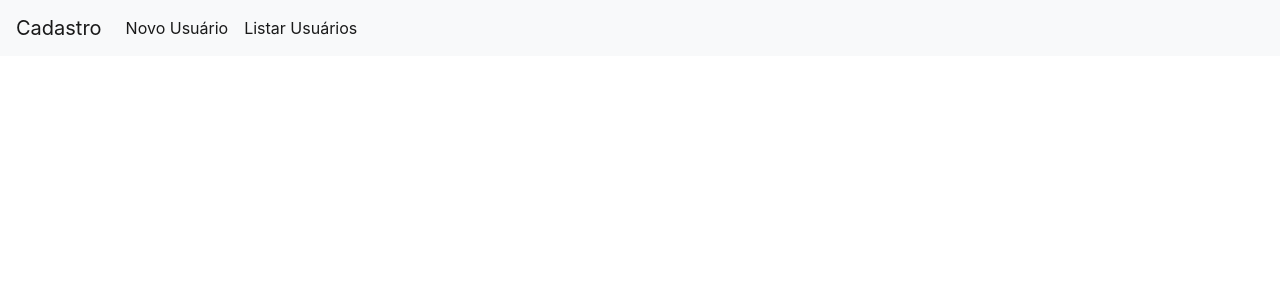
Repository: stefanosousaa/crud-php
Page: http://localhost/?page=novo
These files come from the project's save history. The page is drawn as it stood at one moment and after the next save; the edit follows.
The browser window is 1280 px wide. The pictures show the whole page.
The page is run by PHP 8.4 with error messages shown; the project is at /var/www/html/.

Above is the page before, as saved 2023-05-24 18:58:32.

### index.php
<!DOCTYPE html>
<html lang="pt-br">
  <head>
    <!-- Meta tags Obrigatórias -->
    <meta charset="utf-8">
    <meta name="viewport" content="width=device-width, initial-scale=1, shrink-to-fit=no">

    <!-- Bootstrap CSS -->
    <link rel="stylesheet" href="https://stackpath.bootstrapcdn.com/bootstrap/4.1.3/css/bootstrap.min.css" integrity="sha384-MCw98/SFnGE8fJT3GXwEOngsV7Zt27NXFoaoApmYm81iuXoPkFOJwJ8ERdknLPMO" crossorigin="anonymous">

    <title>Olá, mundo!</title>
  </head>
  <body>
  <nav class="navbar navbar-expand-lg navbar-light bg-light">
  <a class="navbar-brand" href="#">Cadastro</a>
  <button class="navbar-toggler" type="button" data-toggle="collapse" data-target="#navbarNav" aria-controls="navbarNav" aria-expanded="false" aria-label="Alterna navegação">
    <span class="navbar-toggler-icon"></span>
  </button>
  <div class="collapse navbar-collapse" id="navbarNav">
    <ul class="navbar-nav">
      <li class="nav-item active">
        <a class="nav-link" href="#">Novo Usuário </a>
      </li>
      <li class="nav-item active">
        <a class="nav-link" href="#">Listar Usuários</a>
      </li>

    </ul>
  </div>
</nav>









    <!-- JavaScript (Opcional) -->
    <!-- jQuery primeiro, depois Popper.js, depois Bootstrap JS -->
    <script src="https://code.jquery.com/jquery-3.3.1.slim.min.js" integrity="sha384-q8i/X+965DzO0rT7abK41JStQIAqVgRVzpbzo5smXKp4YfRvH+8abtTE1Pi6jizo" crossorigin="anonymous"></script>
    <script src="https://cdnjs.cloudflare.com/ajax/libs/popper.js/1.14.3/umd/popper.min.js" integrity="sha384-ZMP7rVo3mIykV+2+9J3UJ46jBk0WLaUAdn689aCwoqbBJiSnjAK/l8WvCWPIPm49" crossorigin="anonymous"></script>
    <script src="https://stackpath.bootstrapcdn.com/bootstrap/4.1.3/js/bootstrap.min.js" integrity="sha384-ChfqqxuZUCnJSK3+MXmPNIyE6ZbWh2IMqE241rYiqJxyMiZ6OW/JmZQ5stwEULTy" crossorigin="anonymous"></script>
  </body>
</html>

After the next save:
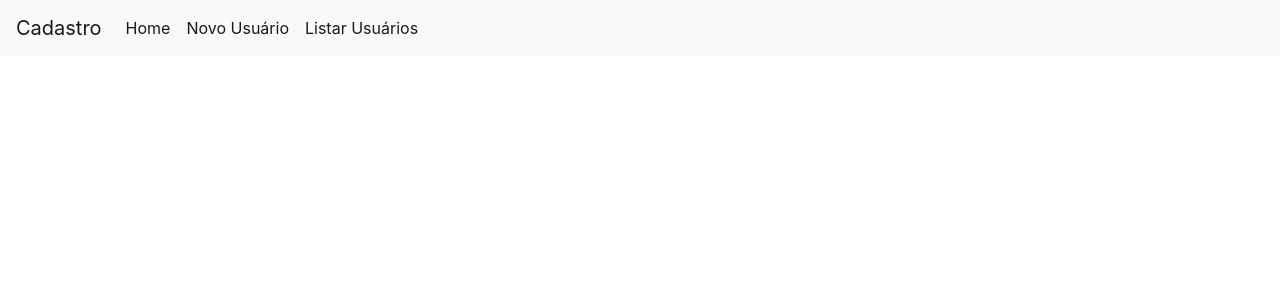
Saved 58 s later.
--- a/index.php
+++ b/index.php
@@ -18,6 +18,9 @@
   </button>
   <div class="collapse navbar-collapse" id="navbarNav">
     <ul class="navbar-nav">
+    <li class="nav-item active">
+        <a class="nav-link" href="#">Home </a>
+      </li>
       <li class="nav-item active">
         <a class="nav-link" href="#">Novo Usuário </a>
       </li>
